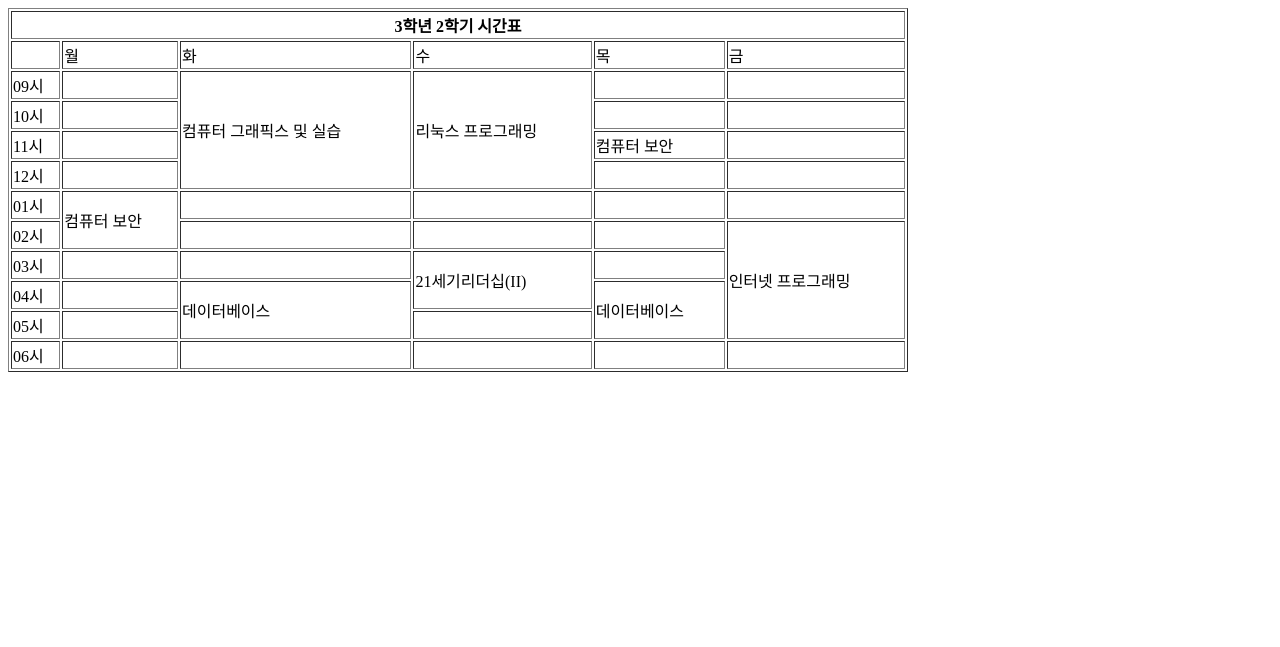
Repository: Cha-Ji/InternetProgramming
Page: week01/WebContent/hw04.html
These files come from the project's save history. The page is drawn as it stood at one moment and after the next save; the edit follows.
The browser window is 1280 px wide. The pictures show the whole page.

Above is the page before, as saved 2020-09-06 13:22:51.

After the next save:
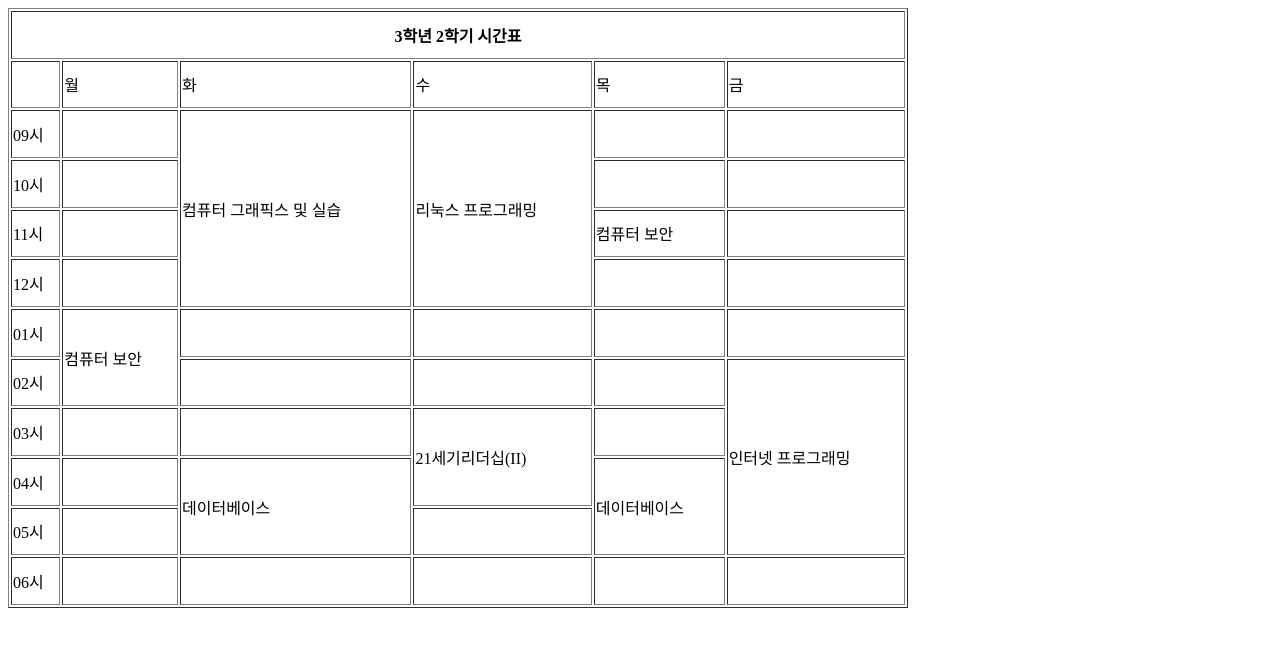
Saved 27 s later.
--- a/week01/WebContent/hw04.html
+++ b/week01/WebContent/hw04.html
@@ -5,7 +5,7 @@
 <title>3-2 시간표</title>
 </head>
 <body>
-	<table border="1" width ="900" >
+	<table border="1" width ="900" height = "600" >
 	<th colspan = "6">3학년 2학기 시간표</th>
 	<tr>
 	    <td></td><td>월</td><td>화</td><td>수</td><td>목</td><td>금</td>
